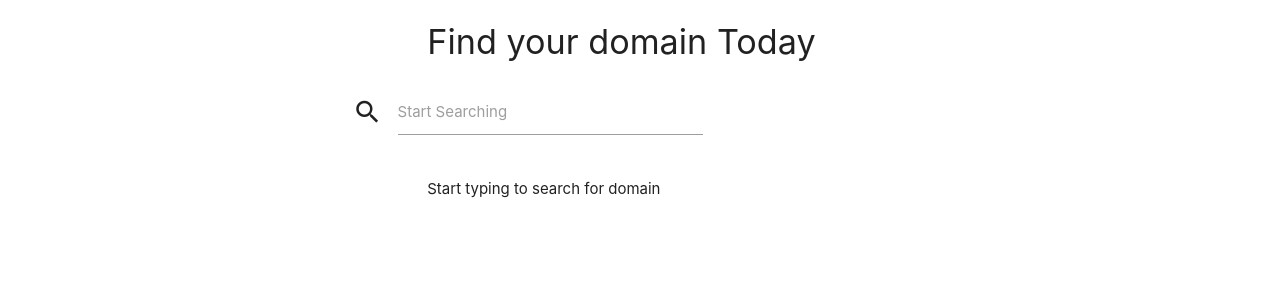
Repository: habib-urrehmaan/domain-name-searcher
Page: / (app in client/)
An editor plug-in stored every save of this project. The page is shown before and after the next save, followed by the edit.
The browser window is 1280 px wide. The pictures show the whole page.
The project was rebuilt for these pictures with package versions that can differ from the ones it lists, and the page was loaded fresh each time.

Above is the page before, as saved 2020-04-17 18:17:32.

### client/public/index.html
<!DOCTYPE html>
<html lang="en">
  <head>
    <meta charset="utf-8" />
    <link rel="icon" href="%PUBLIC_URL%/favicon.ico" />
    <meta name="viewport" content="width=device-width, initial-scale=1" />
    <meta name="theme-color" content="#000000" />
    <meta
      name="description"
      content="Web site created using create-react-app"
    />
    <link rel="apple-touch-icon" href="%PUBLIC_URL%/logo192.png" />
    <!--
      manifest.json provides metadata used when your web app is installed on a
      user's mobile device or desktop. See https://developers.google.com/web/fundamentals/web-app-manifest/
    -->
    <link rel="manifest" href="%PUBLIC_URL%/manifest.json" />
    <!--
      Notice the use of %PUBLIC_URL% in the tags above.
      It will be replaced with the URL of the `public` folder during the build.
      Only files inside the `public` folder can be referenced from the HTML.

      Unlike "/favicon.ico" or "favicon.ico", "%PUBLIC_URL%/favicon.ico" will
      work correctly both with client-side routing and a non-root public URL.
      Learn how to configure a non-root public URL by running `npm run build`.
    -->
    <link rel="stylesheet" href="https://cdnjs.cloudflare.com/ajax/libs/materialize/1.0.0/css/materialize.min.css">
    <link href="https://fonts.googleapis.com/icon?family=Material+Icons" rel="stylesheet">
     <!-- Compiled and minified JavaScript -->
     <script src="https://cdnjs.cloudflare.com/ajax/libs/materialize/1.0.0/js/materialize.min.js"></script>
    <title>React App</title>
  </head>
  <body>
    <noscript>You need to enable JavaScript to run this app.</noscript>
    <div id="root"></div>
    <!--
      This HTML file is a template.
      If you open it directly in the browser, you will see an empty page.

      You can add webfonts, meta tags, or analytics to this file.
      The build step will place the bundled scripts into the <body> tag.

      To begin the development, run `npm start` or `yarn start`.
      To create a production bundle, use `npm run build` or `yarn build`.
    -->
  </body>
</html>

### client/src/index.js
import React from 'react';
import ReactDOM from 'react-dom';
import './index.css';
import App from './App';

ReactDOM.render(
  <React.StrictMode>
    <App />
  </React.StrictMode>,
  document.getElementById('root')
);

// If you want your app to work offline and load faster, you can change
// unregister() to register() below. Note this comes with some pitfalls.
// Learn more about service workers: https://bit.ly/CRA-PWA
// serviceWorker.unregister();

### client/src/App.js
import React from 'react';
import Search from './Search';
import Output from './Output';

class App extends React.Component {

  constructor(props)
  {
    super(props);
    this.state ={
      output:null
    }
  }


  setAppOutput = (outputData) =>
  {
    console.log("setting output value")

    this.setState({
      output:outputData
    })
  }

  render()
  {
    return (
      <>
      <div className="App container">
        <Search setOutput={this.setAppOutput}/>
        <Output data={this.state.output}/>
      </div>
      </>
    );
  }
}

export default App;

### client/src/Search.js
import React, { Component } from 'react'
import axios from 'axios'

class Search extends Component {

    constructor(props)
    {
        super(props);
        console.log(props)
    }

    onChangeHandler = (e) =>
    {
        axios({
            'method': 'GET',
            'url': `http://localhost:5000/domain/search?domain=${e.target.value}`,
            'ContentType':'application/json'
        }).then((response)=>{

            var obj = JSON.parse(response.data.data);
            this.props.setOutput(obj);
        }).catch(error=>{
            console.log(error);
        });
    }

    render() {
        return (
            <div>
                <div className="row">
                    <div className="col offset-s3">
                        <h4>Find your domain Today</h4>
                    </div>
                    <div className="input-field col s5 offset-s2">
                        <i className="material-icons prefix">search</i>
                        <input id="search" type="text" className="validate" onChange={this.onChangeHandler}/>
                        <label htmlFor="search">Start Searching</label>
                    </div>
                </div>
            </div>
        )
    }
}

export default Search;

### client/src/Output.js
import React from 'react'

export default function Output(props) {

    let {data} = props;
    console.log("output data",data);
    return (
        <div className="row">
        {(data)?(<div className="col offset-s3">{(data.available)?(<div><span>Congratulations! This domain is available</span><br/>
            <span className="col offset-s2"><b>For:</b>{" "+data.currency+" "+data.price}</span></div>):(data.code)?(<div>{data.message}</div>):(<span>Sorry this domain is not Available</span>)}</div>)
            :(<div className="col offset-s3">Start typing to search for domain</div>)}


        </div>
    )
}

Loaded but not shown: client/src/index.css (common file)

After the next save:
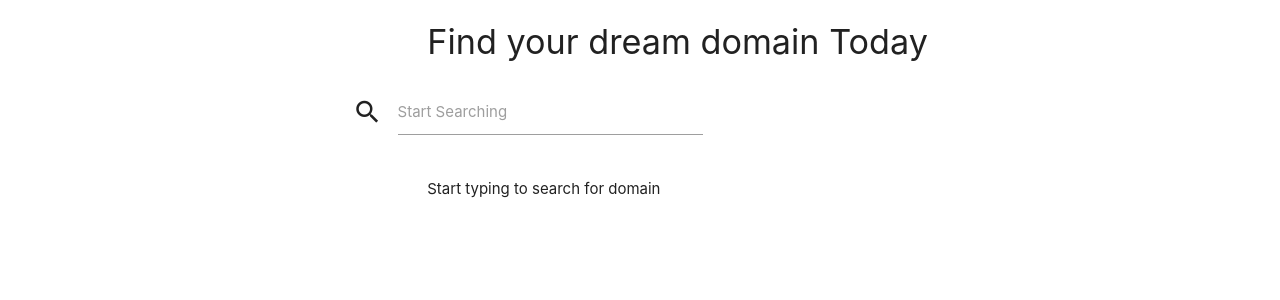
Saved 51 s later.
--- a/client/src/Search.js
+++ b/client/src/Search.js
@@ -29,7 +29,7 @@ class Search extends Component {
             <div>
                 <div className="row">
                     <div className="col offset-s3">
-                        <h4>Find your domain Today</h4>
+                        <h4>Find your dream domain Today</h4>
                     </div>
                     <div className="input-field col s5 offset-s2">
                         <i className="material-icons prefix">search</i>
